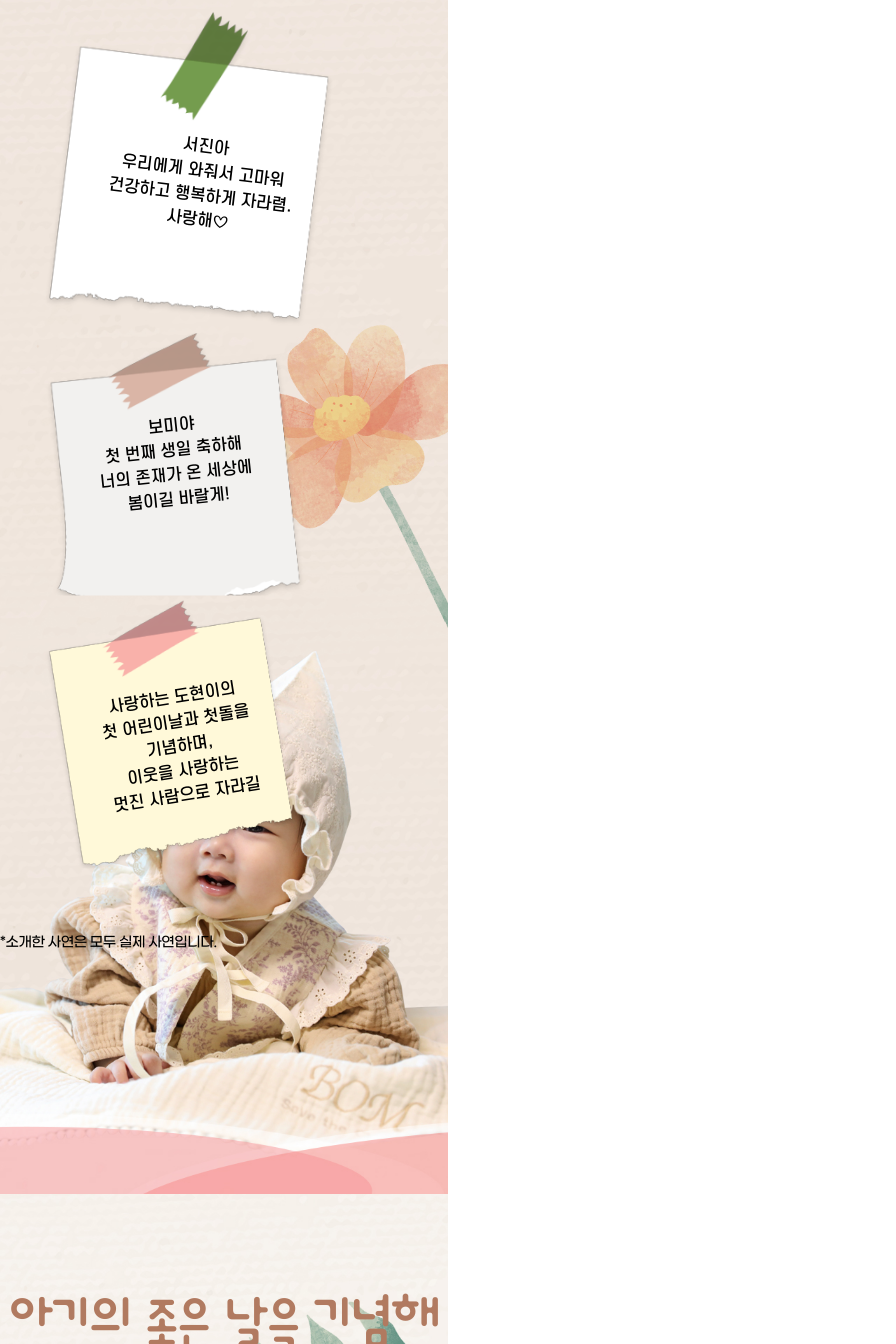
Repository: dlgywls1130/save_children_m
Page: index.html
An editor plug-in stored every save of this project. The page is shown before and after the next save, followed by the edit.
The browser window is 1280 px wide. The pictures show the part of the page from y = 2034 to 3954 px (the page is 9658 px tall), at 70% of full size.

Above is the page before, as saved 2023-12-13 19:02:58.

### index.html
<!DOCTYPE html>
<html lang="en">
<head>
    <meta charset="UTF-8">
    <meta name="viewport" content="width=device-width, initial-scale=1.0">
    <title>세이브더칠드런</title>

    <link rel="stylesheet" href="./css/reset.css">
    <link rel="stylesheet" href="./css/style.css">

</head>
<body>
    <div class="content_body">
        <section class="section_wrapper section01">
            <div class="se01 se_wrapper">
                <div class="se01_sub">
                    <div class="sub_logo">
                        <img src="./img/logo01.png" alt="logo">
                    </div>
                    <p>우리 아기 좋은 날 기부</p>
                </div>
                <p class="seo01_title">
                    아가야,
                </p>
                <p class="seo01_title_two">
                    너의 <span id="rollingText">탄생</span> 순간을 축하해!
                </p>
                <p class="section_descript mb-45">
                    아이의 건강과 행복을
                    <br>바라는 마음을 담아,
                    <br>탄생, 백일, 첫 걸음마, 첫돌 등
                    <br>내 아이의 소중한 순간을
                    <br>기부로 기념해보세요.
                    <br>함께 자라나는 다른 아이들
                    <br>에게도 큰 축복이 됩니다..
                </p>

                <a class="donation_link" href="javascript:void(0)">우리 아기 좋은 날 기부</a>
            </div>
        </section>
        <section class="section_wrapper section02">
            <div class="se02 se_wrapper">
                <div class="postit_wrapper">
                    <div class="postit postit01">
                        <p>우리 아들 우현이의<br>
                        200일을 축하해.<br>
                        건강하게 자라줘서 고마워 ❤<br>
                        늘 사랑받고 받은 사랑만큼<br>
                        베풀 수 있는 건강하고<br>
                        멋진 아들이 되길 바래!</p>
                    </div>
                    <div class="postit postit02">
                        <p>우리 새로아<Br>
                        백일 동안 무럭무럭 자라줘서<Br>
                        고마워~앞으로도 건강하고<Br>
                        우리 같이 재미있게 많이 놀자.<Br>
                        엄마,아빠가 많이 사랑해.</p>
                    </div>
                    <div class="postit postit03">
                        <p>서진아<br>
                        우리에게 와줘서 고마워<br>
                        건강하고 행복하게 자라렴.<br>
                        사랑해♡      </p>
                    </div>
                    <div class="postit postit04">
                        <p>보미야<br>
                        첫 번째 생일 축하해<br>
                        너의 존재가 온 세상에<br>
                        봄이길 바랄게!   </p>
                    </div>
                    <div class="postit postit05">
                        <p>사랑하는 도현이의<br>
                        첫 어린이날과 첫돌을<br>
                        기념하며, <br>
                        이웃을 사랑하는<br>
                        멋진 사람으로 자라길</p>

                    </div>
                </div>
                <p class="ex_text">*소개한 사연은 모두 실제 사연입니다.</p>

            </div>
        </section>
        <section class="section_wrapper section03">
            <div class="se_wrapper se03">
                <div class="se_title_co">
                    아기의 좋은 날을 기념해 주신 모든 분들께
                    <br>후원감사증서를 보내드립니다.
                </div>
                <div class="se_sub_co">
                    후원감사증서는 아기에게 남기고 싶은 메시지와 아기의 좋은 날이 담긴 사진을 보관할 수 있도록
                    <br>만들어드립니다. 먼 훗날, 아기가 성장해 읽게 될 날을 그리며 편지를 써보세요.
                </div>
            </div>

        </section>
        <section class="section_wrapper section04">
            <div class="se_wrapper se04">
                <div class="se_title_co">
                    이름 자수 순면거즈블랭킷
                </div>
                <div class="se_sub_co">
                    30만원 이상 후원하신 분들께는 순면 거즈 아기 블랭킷(90*110)에
                    <Br>원하시는 이름(영문)을 예쁘게 수놓아 드립니다.
                </div>

                <div class="se04_slide mt-85">
                    <div class="se04_slide_list">
                        <img src="./img/slide01.jpg">
                    </div>
                    <div class="se04_slide_list">
                        <img src="./img/slide02.jpg">
                    </div>
                    <div class="se04_slide_list">
                        <img src="./img/slide03.jpg">
                    </div>
                </div>
            </div>
        </section>
        <section class="section_wrapper section05">
            <div class="se_wrapper se05">
                <div class="se_title_co">
                    후원신청 과정
                </div>

                <div class="se_step_list">
                    <div class="se_step">
                        <p class="step_number">1</p>
                        <div class="step_ico">
                            <img src="./img/icon01.png" alt="img">
                        </div>
                        <p class="step_descript">
                            후원신청하기
                        </p>
                    </div>
                    <div class="se_step">
                        <p class="step_number">2</p>
                        <div class="step_ico">
                            <img src="./img/icon02.png" alt="img">
                        </div>
                        <p class="step_descript">
                            후원감사증서
                            <br>메시지 적기
                        </p>
                    </div>
                    <div class="se_step">
                        <p class="step_number">3</p>
                        <div class="step_ico">
                            <img src="./img/icon03.png" alt="img">
                        </div>
                        <p class="step_descript">
                            신청완료
                        </p>
                    </div>
                    <div class="se_step">
                        <p class="step_number">4</p>
                        <div class="step_ico">
                            <img src="./img/icon04.png" alt="img">
                        </div>
                        <p class="step_descript">
                            후원감사증서 발송
                            <Br>(1주 이내)
                        </p>
                    </div>
                </div>

                <div class="se_sub_co mt-100">
                    30만원 이상 후원해 주신 경우,
                    <br>감사 선물 수령 주소 및 아기 블랭킷에 새겨질 문구 확인을 위한 문자가 발송됩니다.
                </div>

                <a class="donation_link" href="javascript:void(0)">우리 아기 좋은 날 기부</a>
            </div>

        </section>
        <section class="section_wrapper section06">
            <div class="se_wrapper se06">
                <div class="se_title_co">
                    후원금, 이렇게 쓰여요!
                </div>
                <div class="se_sub_co">
                    세이브더칠드런은 <span>국내외 아동을 위한 교육,
                    <Br>보호, 보건영양지원, 아동권리옹호</span> 등의 활동을 해나가고 있습니다.
                </div>
                <div class="se_sub_co">
                    보내주신 후원금은 정치, 종교, 인종에 관계없이 모든 아이를 구해야 한다는
                    <Br>세이브더칠드런의 신념에 따라 <span>가장 도움 필요한 아이를 위해 우선 사용</span>됩니다.
                </div>
            </div>

        </section>
        <section class="section_wrapper section07">
            <div class="se_wrapper se07">
                <div class="se_title_co">
                    FAQ
                </div>
                <div class="accordion">
                    <div class="accordion-item">
                        <h3 class="title">
                            <span>1. 30만원 이상 후원했습니다. 거즈 순면 블랭킷은 언제 오나요?</span>
                            <img src="./img/top.png">
                        </h3>
                        <p class="paragraph">
                            우리아기 축하기부로 30만원 이상 후원자님들께는 담요에 수놓을 아기 이름과
                            <Br>선물 수령 주소 확인을 위한 문자가 발송됩니다.
                            <br>02-6900-4479로 발송되는 문자 속 설문조사에 답해주세요.
                            <br>확인을 완료하신 분들께는 블랭킷 제작을 담당하고 있는 조니 스튜디오에서
                            <br>아기 이름 자수 작업 완료 후 배송해 드립니다.

                        </p>
                    </div>
                    <div class="accordion-item">
                        <h3 class="title">
                            <span>2. 거즈 순면 블랭킷, 안전한 제품인가요?</span>
                            <img src="./img/top.png">
                        </h3>
                        <p class="paragraph">
                            본 블랭킷은 워싱된 3중 거즈로 제작되었으며, KC안전검사를 완료하였습니다.
                            소재 특성상 섬유 조각이 발생할 수 있어 망에 넣지 않고 3번 정도 물빨래 하시는 것을 권장합니다.

                        </p>
                    </div>
                    <div class="accordion-item">
                        <h3 class="title">
                            <span>3. 거즈 순면 블랭킷을 받았는 데 하자가 있어요. 어떻게 해야 하나요? </span>
                            <img src="./img/top.png">
                        </h3>
                        <p class="paragraph">
                            070-4220-4123 (조니스튜디오 CS)로 전화 연락 부탁드립니다. 하자 물품에 대한 교환은 수령일로부터 7일 이내에 조니스튜디오에 연락해주셔야 하며, 이로 인한 후원금 환불은 어렵습니다.
                        </p>
                    </div>
                    <div class="accordion-item">
                        <h3 class="title">
                            <span>4. 후원감사증서에 넣을 수 있는 사진 사이즈는 얼마인가요?</span>
                            <img src="./img/top.png">
                        </h3>
                        <p class="paragraph">
                            사진 인화 사이즈 5*7 인치에 맞추어서 제작되었습니다.  그보다 작은 사진일 경우, 후원감사증서
                            내부의 주머니에 넣어 보관하실 수도  있습니다.

                        </p>
                    </div>
                </div>
            </div>

        </section>
        <section class="section_wrapper section08">
            <div class="se_wrapper se08">
                <div class="se08_postion">
                    <p class="se08_title">우리 아기 좋은 날 기부</p>
                    <p class="se08_descript">
                        탄생, 백일, 첫 걸음마, 첫돌...
                        <br>소중한 우리 아기의 성장을 기념해 보세요!
                        <br>아기의 좋은 날이 모여 세상의 행복이 됩니다.
                    </p>
                    <a href="javascript:void(0)" class="more_btn">
                        <p>자세히보기</p>
                        <svg xmlns="http://www.w3.org/2000/svg" width="16" height="16" fill="currentColor" class="bi bi-chevron-right" viewBox="0 0 16 16">
                            <path fill-rule="evenodd" d="M4.646 1.646a.5.5 0 0 1 .708 0l6 6a.5.5 0 0 1 0 .708l-6 6a.5.5 0 0 1-.708-.708L10.293 8 4.646 2.354a.5.5 0 0 1 0-.708z"/>
                        </svg>
                    </a>
                </div>

            </div>
        </section>
    </div>

    <script src="https://ajax.googleapis.com/ajax/libs/jquery/1.12.4/jquery.min.js"></script>
    <script src="./js/main.js"></script>
</body>
</html>

### css/style.css

/* root */
:root{
    --main-color:#B17A60;
    --pink-color:#F79497;
}


/* font */

/* dongle */
@font-face {
    font-family: 'Dongle';
    font-weight: 300;
    src: url('../font/Dongle-Light.ttf') format('ttf'),
    url('../font/Dongle-Light.woff') format('woff');
}

@font-face {
    font-family: 'Dongle';
    font-weight: 500;
    src: url('../font/Dongle-Regular.ttf') format('ttf'),
    url('../font/Dongle-Regular.woff') format('woff');
}

@font-face {
    font-family: 'Dongle';
    font-weight: 700;
    src: url('../font/Dongle-Bold.ttf') format('ttf'),
    url('../font/Dongle-Bold.woff') format('woff');
}


/* Gmarket */
@font-face {
    font-family: 'GmarketSans';
    font-weight: 300;
    src: url('../font/GmarketSansLight.ttf') format('ttf'),
    url('../font/GmarketSansLight.woff') format('woff');
}

@font-face {
    font-family: 'GmarketSans';
    font-weight: 500;
    src: url('../font/GmarketSansMedium.ttf') format('ttf'),
    url('../font/GmarketSansMedium.woff') format('woff');
}

@font-face {
    font-family: 'GmarketSans';
    font-weight: 700;
    src: url('../font/GmarketSansBold.ttf') format('ttf'),
    url('../font/GmarketSansBold.woff') format('woff');
}


/* nanumsqure */

@font-face {
    font-family: 'NanumSquare';
    font-weight: 400;
    src: url('../font/NanumSquareL.ttf') format('ttf'),
    url('../font/NanumSquareL.woff') format('woff');
}

@font-face {
    font-family: 'NanumSquare';
    font-weight: 500;
    src: url('../font/NanumSquareR.ttf') format('ttf'),
    url('../font/NanumSquareR.woff') format('woff');
}

@font-face {
    font-family: 'NanumSquare';
    font-weight: 600;
    src: url('../font/NanumSquareB.ttf') format('ttf'),
    url('../font/NanumSquareB.woff') format('woff');
}

@font-face {
    font-family: 'NanumSquare';
    font-weight: 700;
    src: url('../font/NanumSquareEB.ttf') format('ttf'),
    url('../font/NanumSquareEB.woff') format('woff');
}



/* scdream5 */
@font-face {
    font-family: 'SCDream5';
    src: url('../font/SCDream5.woff') format('woff'),
    url('../font/SCDream5.ttf') format('ttf'),
    url('../font/SCDream5.otf') format('otf');
}


.section_wrapper{
    max-width:1920px;
    width: 100%;

}

.se_wrapper{
    max-width: 640px;
    width: 100%;
    position: relative;
    box-sizing: border-box;
}


/* section01 */


.section01{
    background: url('../img/back01.jpg') no-repeat;
    height: 940px;

}

.se01{
    padding: 145px 10px 92px 60px;
    box-sizing: border-box;
}
.se01_sub{
    display: flex;
    align-items: center;
    margin-bottom: 70px;
}

.sub_logo{
    width: 125px;
    height: 40px;
    margin-right: 10px;
}

.sub_logo img{
    width: 100%;
    height: 100%;
    object-fit: contain;
}

.se01_sub p{
    width: 190px;
    height: 30px;
    background: #B17A60;
    border-radius: 15px;
    display: flex;
    align-items: center;
    justify-content: center;
    letter-spacing: -0.03em;
    font-size: 15px;
    font-weight: 700;
    font-family: 'GmarketSans',sans-serif;
    color: #fff;
}

.seo01_title{
    font-family: 'Dongle',sans-serif;
    font-weight: 500;
    font-size: 120px;
    color: var(--main-color);
    letter-spacing: -0.03em;
}

.seo01_title_two{
    font-family: 'Dongle',sans-serif;
    font-weight: 500;
    font-size: 90px;
    color: var(--main-color);
    letter-spacing: -0.03em;
    margin-top: -7%;
    margin-bottom: 50px;
    display: flex;
    align-items: center;
}

.seo01_title_two span{
    margin: 0 1.5rem;
}
.section_descript{
    font-size: 20x;
    line-height: 30px;
    font-family: 'GmarketSans';
    font-weight: 500;
    letter-spacing: -0.03em;
    color: #000;
}

.donation_link{
    width: 300px;
    height: 50px;
    border-radius: 100px;
    display: flex;
    align-items: center;
    justify-content: center;
    background: var(--pink-color);
    color: #fff;
    font-family: 'GmarketSans';
    font-size: 20px;
    font-weight: 700;
    letter-spacing: -0.03em;
    text-decoration: none;
    margin: 145px auto 0;
}


@keyframes roll {
    from {
        transform: translateY(40%);
        opacity: 0;
    }
    to {
        transform: translateY(0);
        opacity: 1;
    }
  }


  #rollingText.animate-text {
    animation: roll 0.5s ease-in-out;
}

/* section02 */

.section02{
    height: 2800px;
    background: url('../img/back02.jpg') no-repeat;
}

.se02{
    box-sizing: border-box;
    height: 100%;
}
.postit_wrapper{
    width: 100%;
    padding: 76px 60px 96px;
    position: relative;
}

.ex_text{
    font-family: 'GmarketSans';
    font-size: 20px;
    font-weight: 500;
    letter-spacing: -0.03em;
}


.postit p{
    font-family: 'SCDream5';
    font-size: 23px;
    line-height: 35px;
    text-align: center;
    display: flex;
    justify-content: center;
    align-items: center;
    height: 100%;
}

.postit01{
    background:url('../img/post04.png') no-repeat;
    width: 520px;
    height: 520px;
    background-size: contain;
    box-sizing: border-box;
}

.postit01 p{
    transform: rotate(358deg);
    padding-top: 20px;
}

.postit02{
    background: url('../img/post05.png') no-repeat;
    width: 510px;
    height: 510px;
    background-size: contain;
    box-sizing: border-box;

}

.postit02 p{
    transform: rotate(10deg);
    padding-top: 20px;
}

.postit03{
    background:url('../img/post02.png') no-repeat;
    width: 459px;
    height: 459px;
    background-size: contain;
    box-sizing: border-box;
}

.postit03 p{
    transform: rotate(7deg);
    padding-top: 20px;
}

.postit04{
    background: url(../img/post03.png) no-repeat;
    width: 380px;
    height: 380px;
    background-size: cover;
    box-sizing: border-box;
}

.postit04 p{
    transform: rotate(354deg);
}

.postit05{
    background:url('../img/post01.png') no-repeat;
    width: 390px;
    height: 390px;
    background-size: contain;
    box-sizing: border-box;
}

.postit05 p{
    transform: rotate(-9deg);
    padding-top: 20px;
}

/* section03 */

.section03{
    height: 1340px;
    background: url('../img/back04.jpg') no-repeat;
}

.se03{
    padding: 123px 0 96px;
    box-sizing: border-box;
    height: 100%;
}


.se_title_co{
    font-size: 120px;
    line-height: 120px;
    letter-spacing: -0.03em;
    font-family: 'Dongle';
    font-weight: 500;
    color: var(--main-color);
    text-align: center;
}

.se_sub_co{
    font-size: 25px;
    letter-spacing: -0.03em;
    line-height: 50px;
    font-family: 'GmarketSans';
    font-weight: 500;
    text-align: center;
    margin-top: 50px;
}

/* section04 */

.section04{
    height: 1340px;
    background: url('../img/back05.jpg') no-repeat;
}

.se04{
    padding: 120px 0 130px;
    box-sizing: border-box;
    height: 100%;
}

.se04_slide{
    width: 944px;
    margin: 0 auto;
}


.slick-prev,
.slick-next {
    background: transparent;
    border: none;
    cursor: pointer;
    font-size: 0;
}

.slick-prev {

    width: 48px;
    height: 40px;
    position: absolute;
    left: -6%;
    top: 50%;
    transform: translateY(-50%);
    z-index: 1;
    background-size: contain;
}

.slick-next {

    width: 48px;
    height: 40px;
    position: absolute;
    right: -6%;
    top: 50%;
    transform: translateY(-50%);
    background-size: contain;
}

.slick-next  img,
.slick-prev img{
    width: 100%;
    height: 100%;
    object-fit: contain;
}

/* section05 */
.section05{
    height: 1080px;
    background: url('../img/back07.jpg') no-repeat;
}

.se05{
    padding: 150px 0 140px;
    box-sizing: border-box;
    height: 100%;
}

.se_step_list{
    display: flex;
    align-content: center;
    column-gap: 88px;
    margin-top: 90px;
    position: relative;
}

.se_step_list::after{
    position: absolute;
    content: '';
    top: 38%;
    transform: translate(0,-50%);
    border-top: 2px dashed var(--pink-color);
    width: 100%;
}

.se_step_list .se_step{
    position: relative;
}

.step_number{
    font-size: 25px;
    letter-spacing: -0.03em;
    line-height: 35px;
    font-weight: 700;
    font-family: 'GmarketSans';
    position: absolute;
    left: 19%;
    top: 0;
    color: var(--main-color);
    z-index: 2;
}

.se_step_list .se_step .step_ico{
    width: 200px;
    height: 200px;
    border-radius: 50%;
    background-color: #fff;
    display: flex;
    align-items: center;
    justify-content: center;
    position: relative;
    z-index: 1;
}

.se_step_list .se_step .step_ico img {
    width: 138px;
    height: 138px;
    object-fit: contain;
    object-position: 73%;
}

.step_descript{
    font-size: 20px;
    letter-spacing: -0.03em;
    line-height: 23px;
    font-weight: 500;
    font-family: 'GmarketSans';
    text-align: center;
    margin-top: 20px;
    color: var(--main-color);
}

.se_step_list .se_step:first-child .step_ico::before{
    display: none;
}

.se_step_list .se_step:last-child .step_ico::after{
    display: none;
}

.se_step_list .step_ico::before{
    position: absolute;
    content: '';
    top: 50%;
    left: -5px;
    transform: translate(0,-50%);
    width: 10px;
    height: 10px;
    border-radius: 50%;
    background-color: var(--pink-color);
}


.se_step_list .step_ico::after{
    position: absolute;
    content: '';
    top: 50%;
    right: -5px;
    transform: translate(0,-50%);
    width: 10px;
    height: 10px;
    border-radius: 50%;
    background-color: var(--pink-color);
}

/* section06 */
.section06{
    height:700px;
    background: url('../img/back06.jpg') no-repeat;
}

.se06{
    padding: 150px 0;
    height: 100%;
    box-sizing: border-box;
}


.se_sub_co span{
    font-weight: 700;
}
/* section07 */

.section07{
    height:1080px;
    background: url('../img/back02.jpg') no-repeat;
}

.se07{
    padding: 100px 0;
    height: 100%;
    box-sizing: border-box;
}


.accordion{
    margin-top: 80px;
}
.accordion-item {
    padding:15px 0;
    margin: 0;
    overflow: hidden;
}

.accordion-item .title {
    display: flex;
    justify-content: space-between;
    align-items: center;
    font-weight: 700;
    font-size: 30px;
    letter-spacing: -0.03em;
    cursor: pointer;
    width: 100%;
    height: 80px;
    border-radius: 50px;
    background-color: #fff;
    color: var(--main-color);
    padding: 0 30px;
    font-family: 'GmarketSans';
    box-sizing: border-box;
}

.accordion-item .title img {
    font-size: 0.9rem;
    color: #454545;
    transform: rotate(0);
    transition: transform 0.15s ease;
}

.accordion-item .paragraph {
    font-weight: 500;
    font-size: 25px;
    letter-spacing: -0.03em;
    color: #000;
    display: none;
    padding: 50px 70px 35px;
    list-style: inside;
    line-height: 50px;
    font-family: 'GmarketSans';
}

.accordion-item .paragraph .indent{
    text-indent: 1rem;
}


.accordion-item .paragraph span{
    font-weight: bold;
}

.accordion-item.active .title img{
    transform: rotate(180deg);
}

.accordion-item.active .paragraph {
    display: block;
}


/* section08 */

.section08{
    height:378px;
    background: url('../img/banner.jpg') no-repeat;
}
.se08{
    position: relative;
    height: 100%;
}

.se08_postion{
    position: absolute;
    top: 80px;
    left: 50%;
}

.se08_title{
    font-family: 'NanumSquare';
    font-weight: 600;
    font-size: 23px;
    letter-spacing: -0.05em;
    line-height: 50px;
    position: relative;
}

.se08_title::before{
    position: absolute;
    content: '';
    top: -7px;
    width: 32px;
    height: 3px;
    background-color:#543F2C;
    left: 0;
}

.se08_descript{
    font-family: 'NanumSquare';
    font-weight: 500;
    font-size: 19px;
    line-height: 28px;
    letter-spacing: -0.06em;
}

.more_btn{
    margin-top: 38px;
    width: 150px;
    height: 40px;
    background: #543F2C;
    display: flex;
    align-items: center;
    justify-content: center;
    text-decoration: none;
}

.more_btn p{
    font-family: 'NanumSquare';
    font-weight: 500;
    font-size: 18px;
    color: #fff;

}

.more_btn svg{
    fill: #fff;
}

Loaded but not shown: js/main.js (46 lines, source omitted); css/reset.css (45 lines, source omitted)

After the next save:
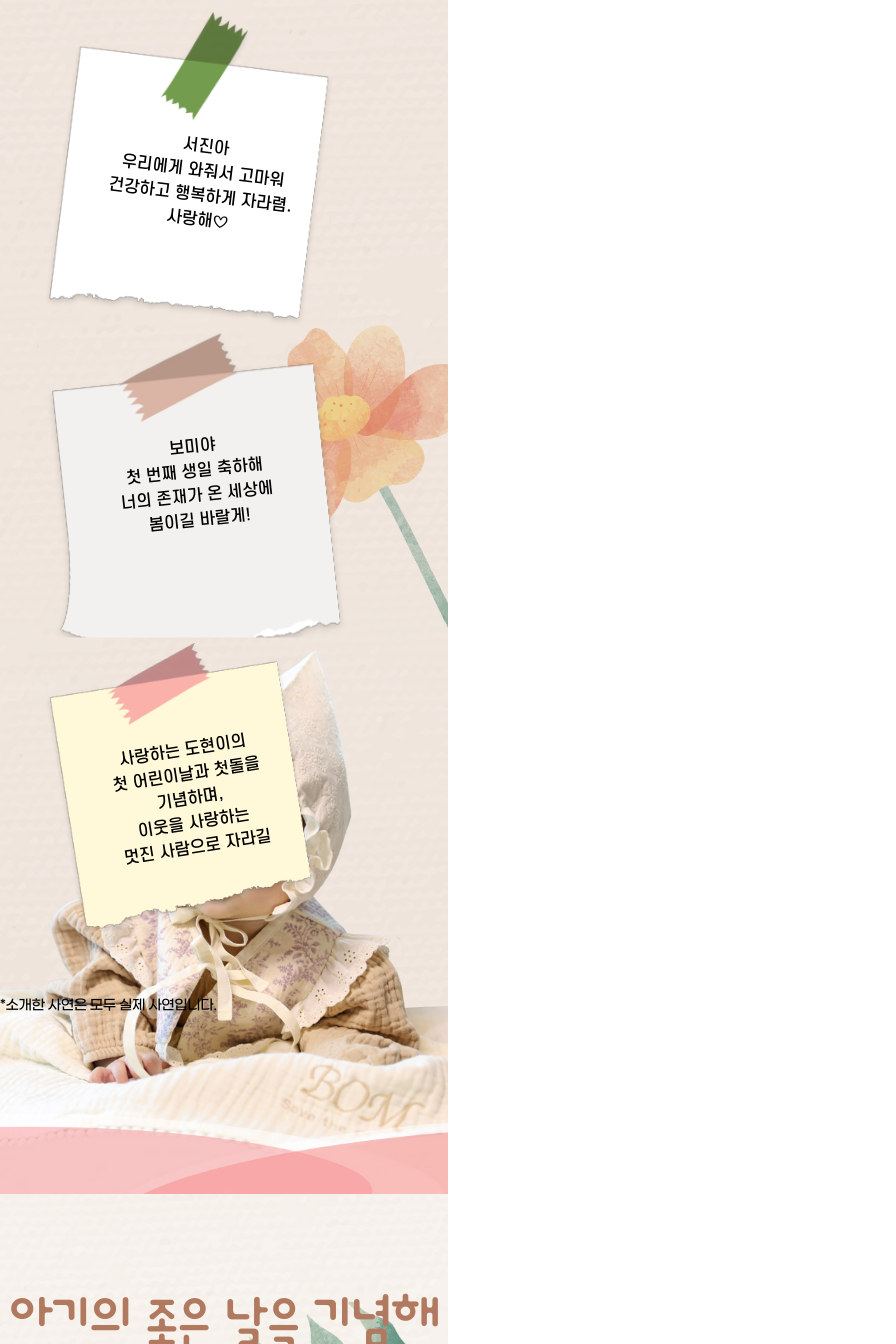
Saved 21 s later.
--- a/css/style.css
+++ b/css/style.css
@@ -299,8 +299,8 @@
 
 .postit04{
     background: url(../img/post03.png) no-repeat;
-    width: 380px;
-    height: 380px;
+    width: 440px;
+    height: 440px;
     background-size: cover;
     box-sizing: border-box;
 }
@@ -311,8 +311,8 @@
 
 .postit05{
     background:url('../img/post01.png') no-repeat;
-    width: 390px;
-    height: 390px;
+    width: 420px;
+    height: 420px;
     background-size: contain;
     box-sizing: border-box;
 }
